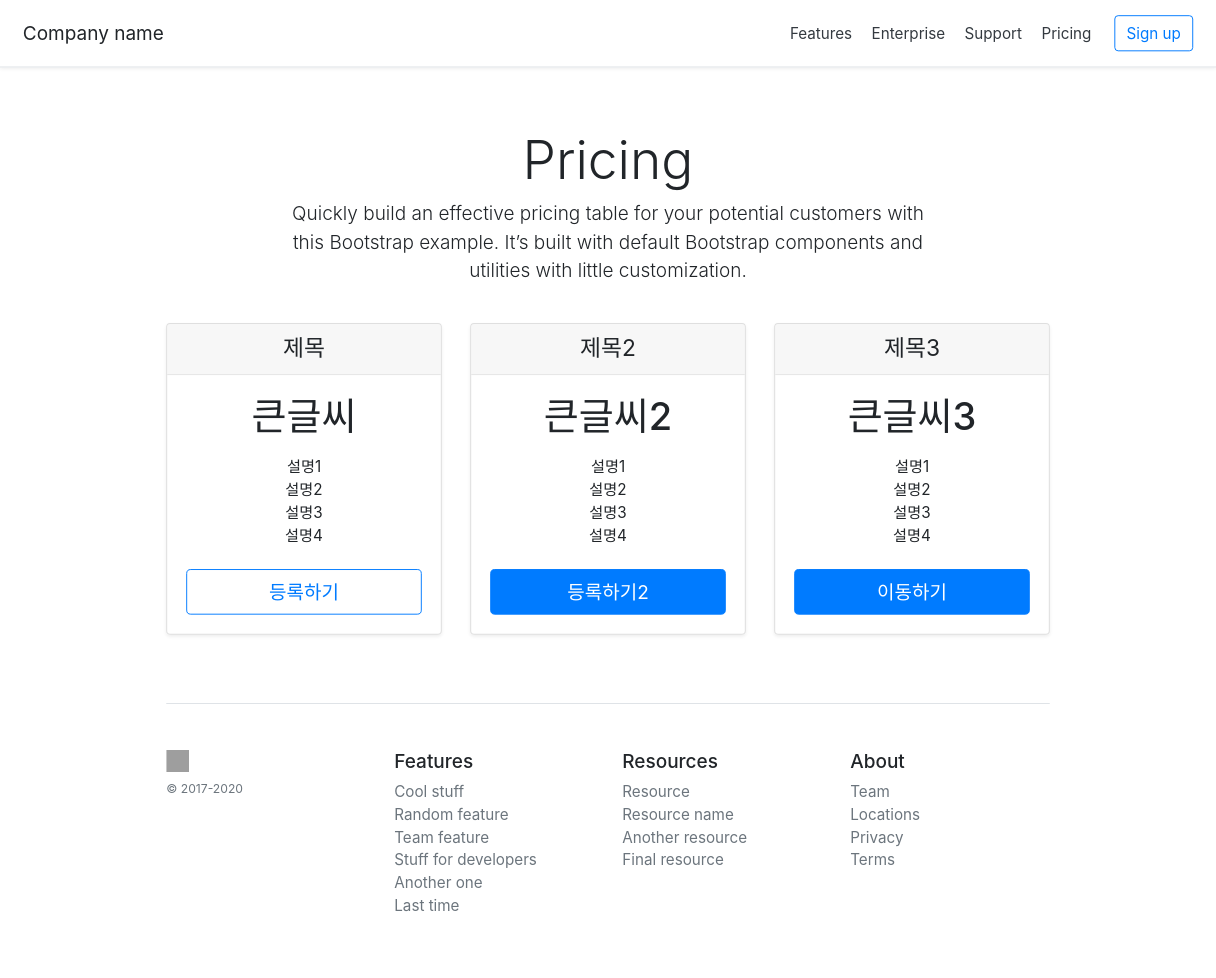
Repository: SettingRhino/innogleantmanager
Page: http://localhost/antmanager/WEB-INF/views/home.jsp
An editor plug-in stored every save of this project. The page is shown before and after the next save, followed by the edit.
The browser window is 1280 px wide. The pictures show the whole page, at 95% of full size.
Pictures or frames that could not be fetched are drawn as grey boxes. The page is served by Tomcat 9. Nobody is signed in. Other server files are loaded and not shown. The template is opened directly, without the code that normally fills it, so the values that code supplies are empty.

Above is the page before, as saved 2020-06-07 17:04:23.

### antmanager/src/main/webapp/WEB-INF/views/home.jsp


<%@ page language="java" contentType="text/html; charset=UTF-8"
	pageEncoding="UTF-8"%>
<%@ taglib uri="http://java.sun.com/jsp/jstl/core" prefix="c" %>

<!doctype html>
<html>
  <head>
    <meta charset="utf-8">
    <meta name="viewport" content="width=device-width, initial-scale=1, shrink-to-fit=no">
    <meta name="description" content="">
    <meta name="author" content="Mark Otto, Jacob Thornton, and Bootstrap contributors">
    <meta name="generator" content="Jekyll v4.0.1">
    <title>Pricing example · Bootstrap</title>

    <link rel="canonical" href="https://getbootstrap.com/docs/4.5/examples/pricing/">

    <!-- Bootstrap core CSS -->
<link href="<c:url value="/resources/css/bootstrap.min.css"/>" rel="stylesheet" integrity="sha384-Vkoo8x4CGsO3+Hhxv8T/Q5PaXtkKtu6ug5TOeNV6gBiFeWPGFN9MuhOf23Q9Ifjh" crossorigin="anonymous">

    <!-- Favicons
<link rel="icon" href="/docs/4.5/assets/img/favicons/favicon.ico">
 -->


    <style>
      .bd-placeholder-img {
        font-size: 1.125rem;
        text-anchor: middle;
        -webkit-user-select: none;
        -moz-user-select: none;
        -ms-user-select: none;
        user-select: none;
      }

      @media (min-width: 768px) {
        .bd-placeholder-img-lg {
          font-size: 3.5rem;
        }
      }
    </style>
    <!-- Custom styles for this template -->

    <link href= "<c:url value="/resources/css/pricing.css"/>" rel="stylesheet">
  </head>
  <body>
    <div class="d-flex flex-column flex-md-row align-items-center p-3 px-md-4 mb-3 bg-white border-bottom shadow-sm">
  <h5 class="my-0 mr-md-auto font-weight-normal">Company name</h5>
  <nav class="my-2 my-md-0 mr-md-3">
    <a class="p-2 text-dark" href="#">Features</a>
    <a class="p-2 text-dark" href="#">Enterprise</a>
    <a class="p-2 text-dark" href="#">Support</a>
    <a class="p-2 text-dark" href="#">Pricing</a>
  </nav>
  <a class="btn btn-outline-primary" href="#">Sign up</a>
</div>

<div class="pricing-header px-3 py-3 pt-md-5 pb-md-4 mx-auto text-center">
  <h1 class="display-4">Pricing</h1>
  <p class="lead">Quickly build an effective pricing table for your potential customers with this Bootstrap example. It’s built with default Bootstrap components and utilities with little customization.</p>
</div>

<div class="container">
  <div class="card-deck mb-3 text-center">
    <div class="card mb-4 shadow-sm">
      <div class="card-header">
        <h4 class="my-0 font-weight-normal">제목</h4>
      </div>
      <div class="card-body">
        <h1 class="card-title pricing-card-title">큰글씨</h1>
        <ul class="list-unstyled mt-3 mb-4">
          <li>설명1</li>
          <li>설명2</li>
          <li>설명3</li>
          <li>설명4</li>
        </ul>
        <button type="button" class="btn btn-lg btn-block btn-outline-primary"href="#">등록하기</button>
      </div>
    </div>
    <div class="card mb-4 shadow-sm">
      <div class="card-header">
        <h4 class="my-0 font-weight-normal">제목2</h4>
      </div>
      <div class="card-body">
        <h1 class="card-title pricing-card-title">큰글씨2</h1>
        <ul class="list-unstyled mt-3 mb-4">
          <li>설명1</li>
          <li>설명2</li>
          <li>설명3</li>
          <li>설명4</li>
        </ul>
        <button type="button" class="btn btn-lg btn-block btn-primary"href="#">등록하기2</button>
      </div>
    </div>
    <div class="card mb-4 shadow-sm">
      <div class="card-header">
        <h4 class="my-0 font-weight-normal">제목3</h4>
      </div>
      <div class="card-body">
        <h1 class="card-title pricing-card-title">큰글씨3</h1>
        <ul class="list-unstyled mt-3 mb-4">
       <li>설명1</li>
          <li>설명2</li>
          <li>설명3</li>
          <li>설명4</li>
        </ul>
        <button type="button" class="btn btn-lg btn-block btn-primary"href="#">이동하기</button>
      </div>
    </div>
  </div>

  <footer class="pt-4 my-md-5 pt-md-5 border-top">
    <div class="row">
      <div class="col-12 col-md">
        <img class="mb-2" src="/docs/4.5/assets/brand/bootstrap-solid.svg" alt="" width="24" height="24">
        <small class="d-block mb-3 text-muted">&copy; 2017-2020</small>
      </div>
      <div class="col-6 col-md">
        <h5>Features</h5>
        <ul class="list-unstyled text-small">
          <li><a class="text-muted" href="#">Cool stuff</a></li>
          <li><a class="text-muted" href="#">Random feature</a></li>
          <li><a class="text-muted" href="#">Team feature</a></li>
          <li><a class="text-muted" href="#">Stuff for developers</a></li>
          <li><a class="text-muted" href="#">Another one</a></li>
          <li><a class="text-muted" href="#">Last time</a></li>
        </ul>
      </div>
      <div class="col-6 col-md">
        <h5>Resources</h5>
        <ul class="list-unstyled text-small">
          <li><a class="text-muted" href="#">Resource</a></li>
          <li><a class="text-muted" href="#">Resource name</a></li>
          <li><a class="text-muted" href="#">Another resource</a></li>
          <li><a class="text-muted" href="#">Final resource</a></li>
        </ul>
      </div>
      <div class="col-6 col-md">
        <h5>About</h5>
        <ul class="list-unstyled text-small">
          <li><a class="text-muted" href="#">Team</a></li>
          <li><a class="text-muted" href="#">Locations</a></li>
          <li><a class="text-muted" href="#">Privacy</a></li>
          <li><a class="text-muted" href="#">Terms</a></li>
        </ul>
      </div>
    </div>
  </footer>
</div>
</body>
</html>

### antmanager/src/main/webapp/resources/css/pricing.css
@charset "UTF-8";
html {
  font-size: 14px;
}
@media (min-width: 768px) {
  html {
    font-size: 16px;
  }
}

.container {
  max-width: 960px;
}

.pricing-header {
  max-width: 700px;
}

.card-deck .card {
  min-width: 220px;
}

Loaded but not shown: antmanager/src/main/webapp/resources/css/bootstrap.min.css (library)

After the next save:
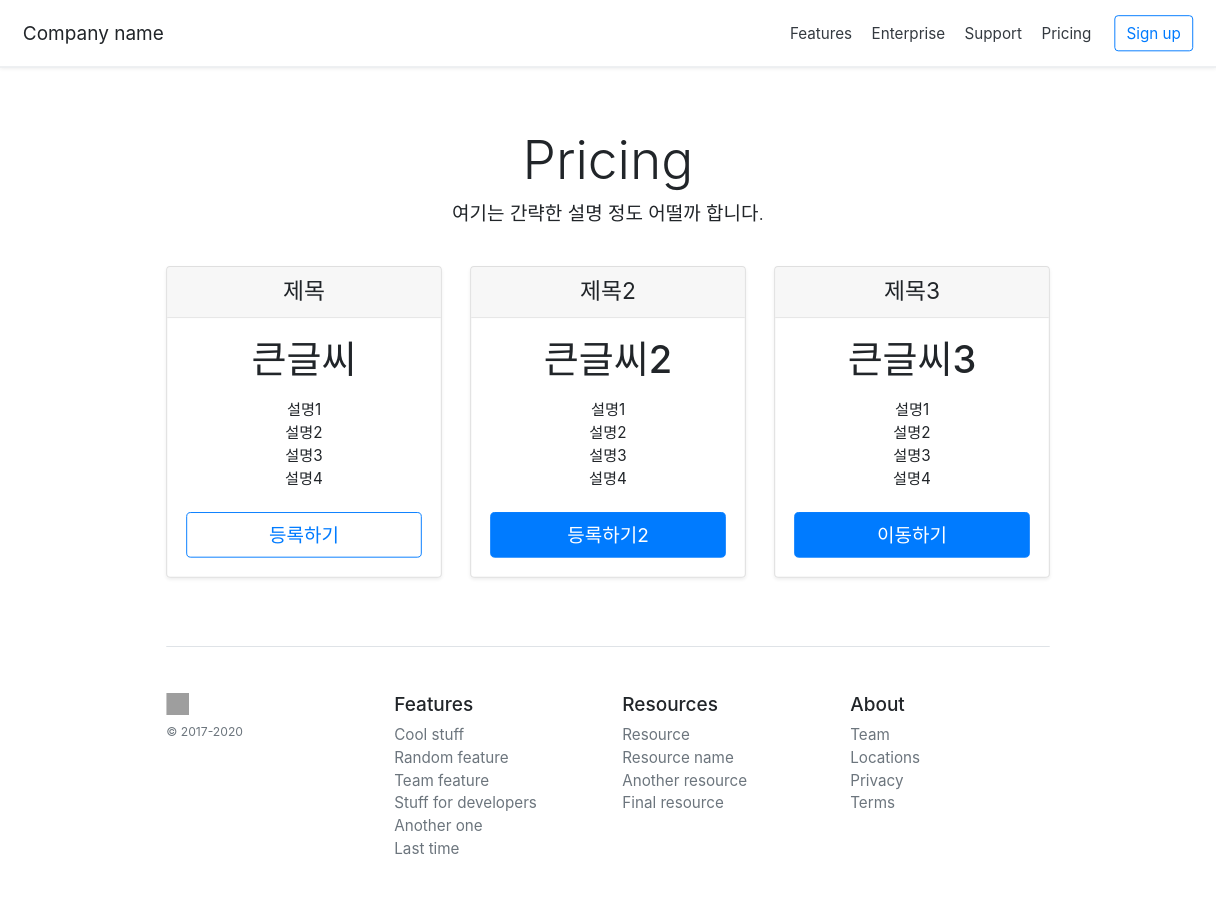
Saved 83 s later.
--- a/antmanager/src/main/webapp/WEB-INF/views/home.jsp
+++ b/antmanager/src/main/webapp/WEB-INF/views/home.jsp
@@ -58,7 +58,7 @@
 
 <div class="pricing-header px-3 py-3 pt-md-5 pb-md-4 mx-auto text-center">
   <h1 class="display-4">Pricing</h1>
-  <p class="lead">Quickly build an effective pricing table for your potential customers with this Bootstrap example. It’s built with default Bootstrap components and utilities with little customization.</p>
+  <p class="lead">여기는 간략한 설명 정도 어떨까 합니다.</p>
 </div>
 
 <div class="container">
